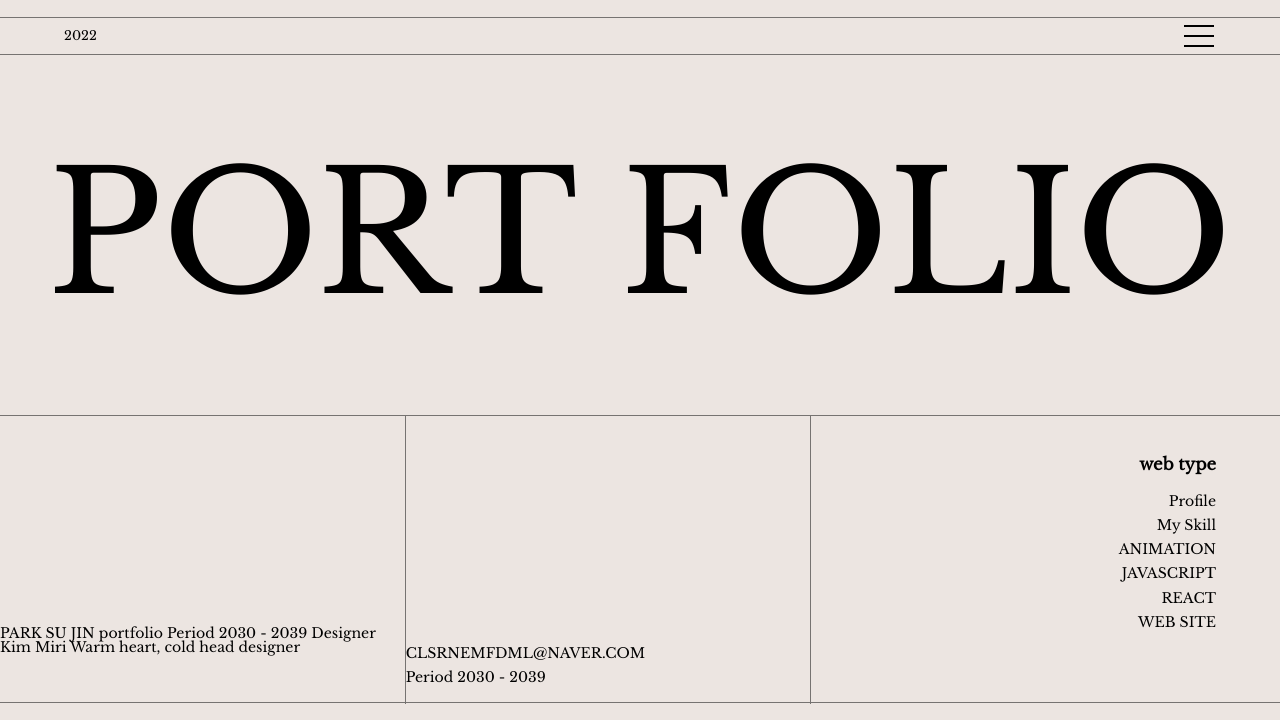
Repository: clsrnemfdml/portfolio_parksj_versiton1
Page: index.html
An editor plug-in stored every save of this project. The page is shown before and after the next save, followed by the edit.
The browser window is 1280 px wide. The pictures show the whole page.

Above is the page before, as saved 2021-09-07 07:37:14.

### index.html
<!DOCTYPE html>
<html lang="en">
<head>
    <meta charset="UTF-8">
    <meta http-equiv="X-UA-Compatible" content="IE=edge">
    <meta name="viewport" content="width=device-width, initial-scale=1.0">
    <title>parkjs portfolio</title>
    <meta name="descripsion" content="박수진의 포트폴리오 입니다.">
    <link rel="stylesheet" href="css/reset.css">
    <link rel="stylesheet" href="css/index.css">
    <style> @import url('https://fonts.googleapis.com/css2?family=Libre+Baskerville&display=swap');</style>
    <script src="js/index.js"></script>

</head>
<body>
    <div id="wrap">
        <section id="section1">
            <div class="wrap_portFolio">
                <div class="menu">
                    <p>2022</p>
                    <span>
                    </span>
                </div>
                <div class="content">
                    <h6>PORT FOLIO</h6>
                </div>
                <div class="content_bottom">
                    <div class="rsum1">
                        <p>PARK SU JIN portfolio
                        Period  2030 - 2039
                        Designer   Kim Miri
                        Warm heart, cold head designer</p>
                    </div>
                    <div class="rsum2">
                        <p>CLSRNEMFDML@NAVER.COM</p>
                        <p>Period  2030 - 2039</p>
                    </div>
                    <div class="rsum3">
                        <p class="fitst_write">web type</p>
                        <p>Profile</p>
                        <p>My Skill</p>
                        <p>ANIMATION</p>
                        <p>JAVASCRIPT</p>
                        <p>REACT</p>
                        <p>WEB SITE</p>

                    </div>
                </div>
            </div>

        </section>
    </div>

</body>
</html>

### css/index.css


#wrap{width: 100%; height: auto;}




/*section1 */
#wrap #section1{height: 100vh; width: 100%; background: #ECE5E1;
    font-family: 'Libre Baskerville', serif; position: relative;}

#wrap #section1 .wrap_portFolio{
    width: 100%;
    height: 95vh;
    position: absolute;
    top: 50%;
    transform: translateY(-50%);
    border-bottom: 1px solid #767371;
    border-top: 1px solid #767371;
}

#wrap #section1 .menu{
    width: 100%;
    height: 5vh;
    border-bottom: 1px solid #767371;
    position: relative;
    font-size: 1vw;

}
#wrap #section1 .menu p{
    padding-left: 5%;
    position: absolute;
    top: 50%;
    transform: translateY(-50%);
}
#wrap #section1 .menu span{
    display: block;
    position: absolute;
    right: 4%;
    top: 50%;
    transform: translate(-50%, -50%);
    width: 30px;
    height: 2px;
    background: rgb(0, 0, 0);
    float: right;
}
    #wrap #section1 .menu span::before{
    content: '';
    width: 30px;
    height: 2px;
    background: rgb(0, 0, 0);
    position: absolute;
    left: 0;
    bottom: 10px;
    transform: rotate(0deg);
    transition-duration: .3s;
}
    #wrap #section1 .menu span::after{
        content: '';
        width: 30px;
        height: 2px;
        background: rgb(0, 0, 0);
        position: absolute;
        left: 0;
        top: 10px;
        transform: rotate(0deg);
        transition-duration: .3s;
    }

    #wrap #section1 .content{
        height: 50vh;
        position: relative;
        width: 100%;
        font-size: 13vw;
        text-align: center;
        border-bottom: 1px solid #767371;


    }
    #wrap #section1 .content h6{
        position: absolute;
        width: 100%;
        top: 50%;
        left: 50%;
        transform: translate(-50% , -50%);
        font-weight: 300;
    }

    #wrap #section1 .content_bottom{
        width: 100%;
        height: 40vh;
        position: absolute;
        display: flex;
    }


    #wrap #section1 .content_bottom > div{
        width: 33.333%;
        height: auto;
        font-size: 1.1vw;





    }
    #wrap #section1 .content_bottom > div p{
        padding-bottom: 10px;
    }

    #wrap #section1 .content_bottom .rsum1{
        border-right: 1px solid #767371;
        padding-top: 170px;
        display: flex;
        justify-content: center;
        align-items: center;


    }
    #wrap #section1 .content_bottom .rsum2{
        border-right: 1px solid #767371;
        padding-top: 230px;
    }

    #wrap #section1 .content_bottom .rsum3{
    padding-right: 5%;
    padding-top: 40px;
    }

    #wrap #section1 .content_bottom .rsum3 p{
        text-align: right;
    }
    #wrap #section1 .content_bottom .rsum3 .fitst_write{
        font-weight: bold;
        font-size: 1.3vw;
        padding-bottom: 3vh;
    }

Loaded but not shown: css/reset.css (common file); js/index.js (no stored copy; drawn as an empty file)

After the next save:
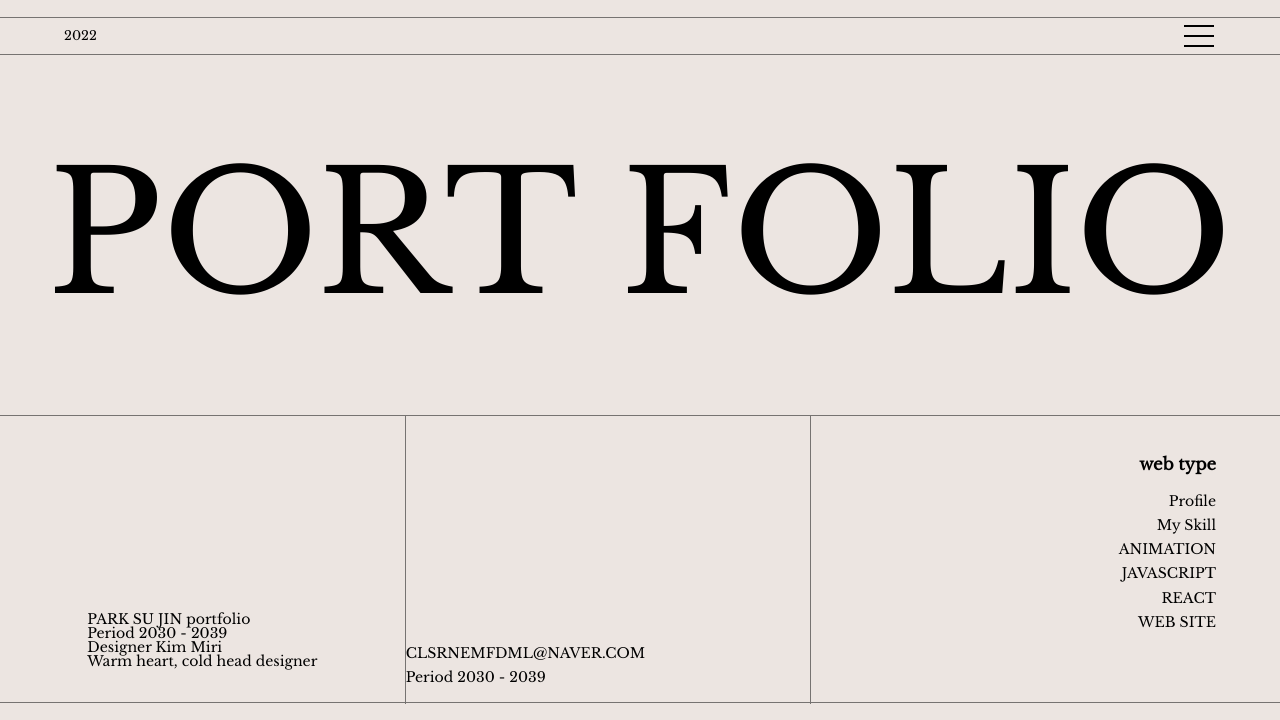
Saved 10 s later.
--- a/index.html
+++ b/index.html
@@ -26,9 +26,9 @@
                 </div>
                 <div class="content_bottom">
                     <div class="rsum1">
-                        <p>PARK SU JIN portfolio
-                        Period  2030 - 2039
-                        Designer   Kim Miri
+                        <p>PARK SU JIN portfolio<br>
+                        Period  2030 - 2039<br>
+                        Designer   Kim Miri<br>
                         Warm heart, cold head designer</p>
                     </div>
                     <div class="rsum2">
